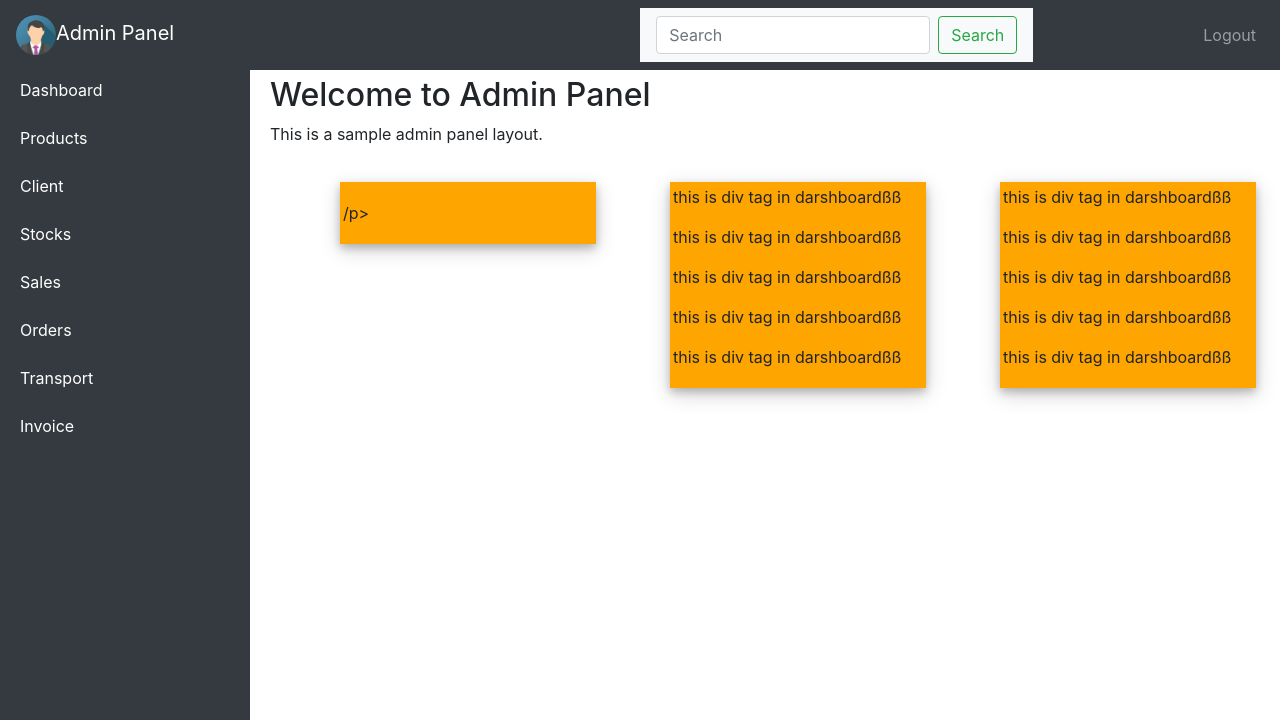
Repository: AmrutaAware/CodingQueens
Page: workspaceBilling/BillingSystem/src/main/webapp/home.html
An editor plug-in stored every save of this project. The page is shown before and after the next save, followed by the edit.
The browser window is 1280 px wide. The pictures show the whole page.
Some web libraries are served in a nearby version.

Above is the page before, as saved 2024-03-14 11:33:55.

After the next save:
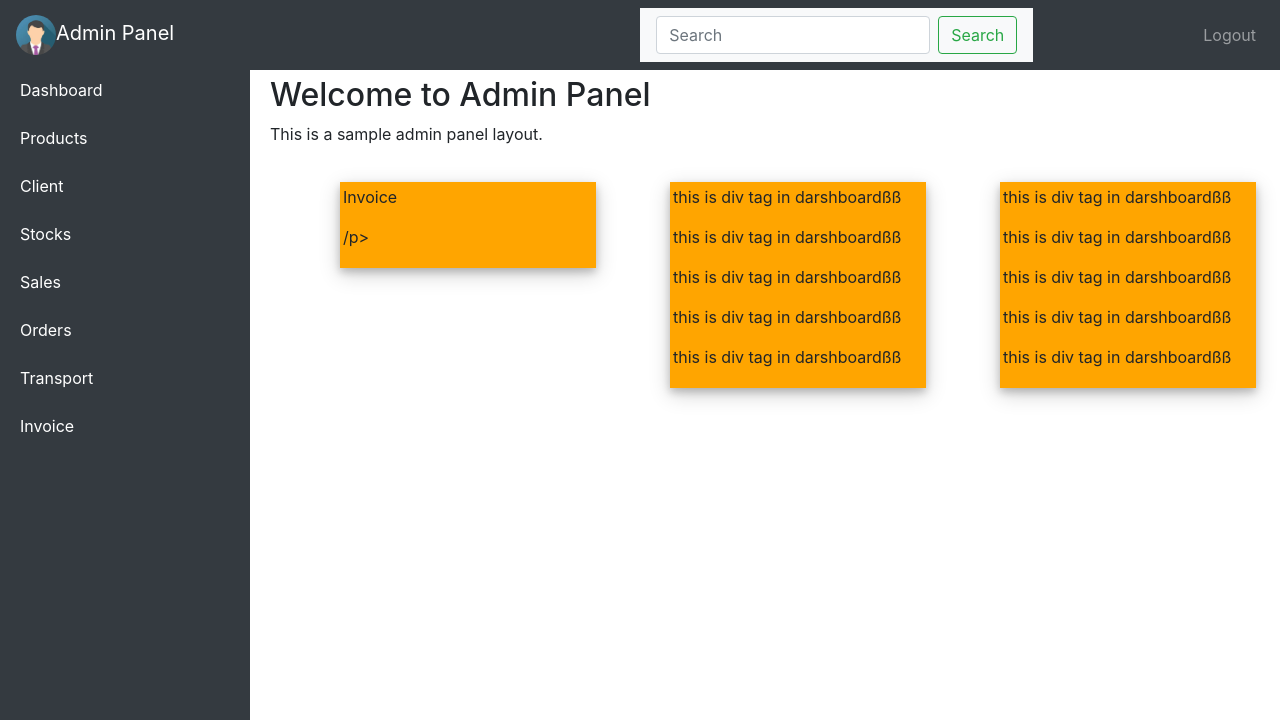
Saved 19 s later.
--- a/workspaceBilling/BillingSystem/src/main/webapp/home.html
+++ b/workspaceBilling/BillingSystem/src/main/webapp/home.html
@@ -164,7 +164,7 @@
     <p>This is a sample admin panel layout.</p>
   </div>
 <div class="dashboard">
-      <p></p>
+      <p>Invoice</p>
       <p>/p>
       </div>
       <div class="dashboard1">
